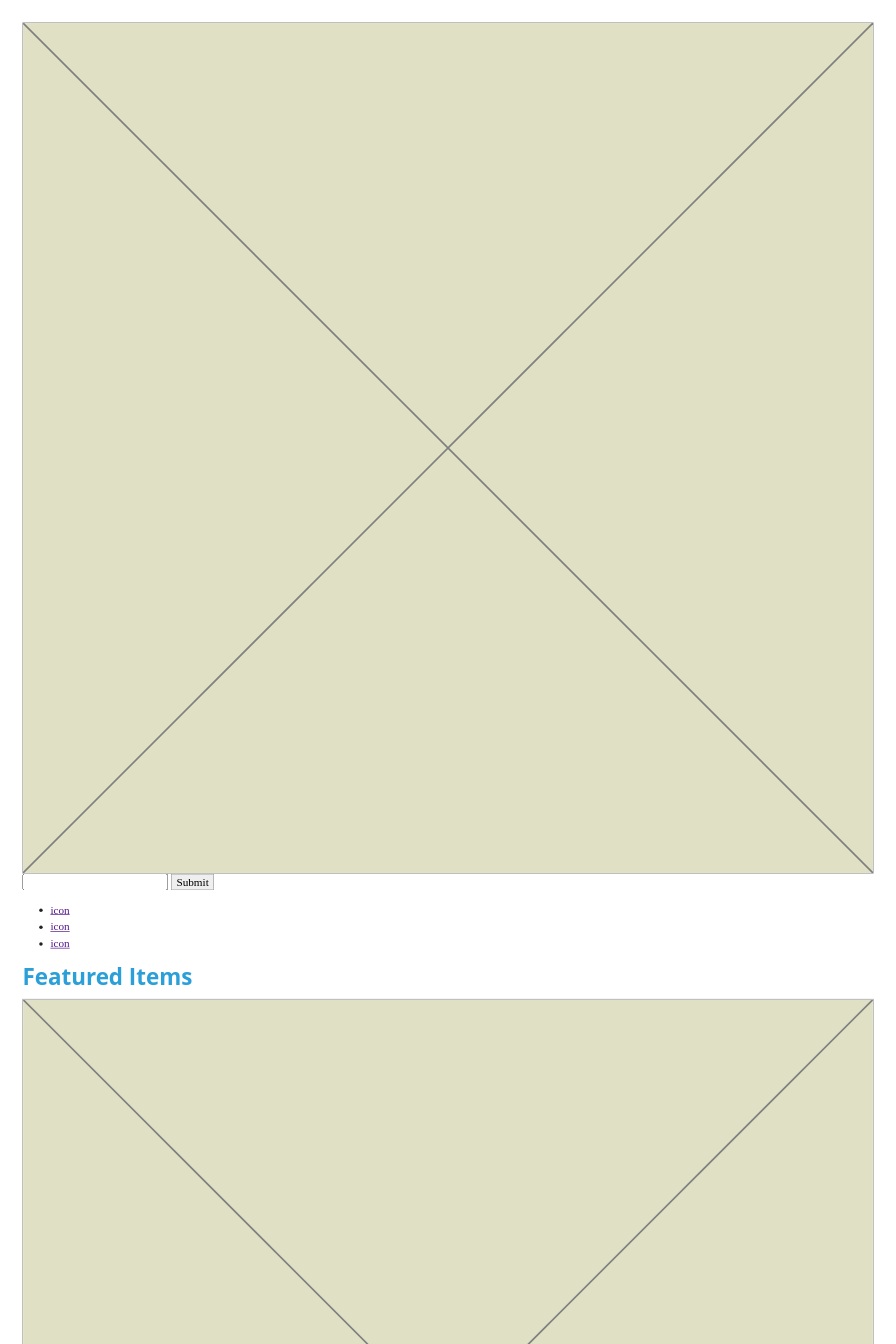
Repository: AdrianTejada/Lab03-Project-1
Page: index.html
These files come from the project's save history. The page is drawn as it stood at one moment and after the next save; the edit follows.
The browser window is 1280 px wide. The pictures show the part of the page from y = 0 to 1920 px (the page is 18641 px tall before and 17745 px after), at 70% of full size.

Above is the page before, as saved 2021-01-26 16:50:44.

After the next save:
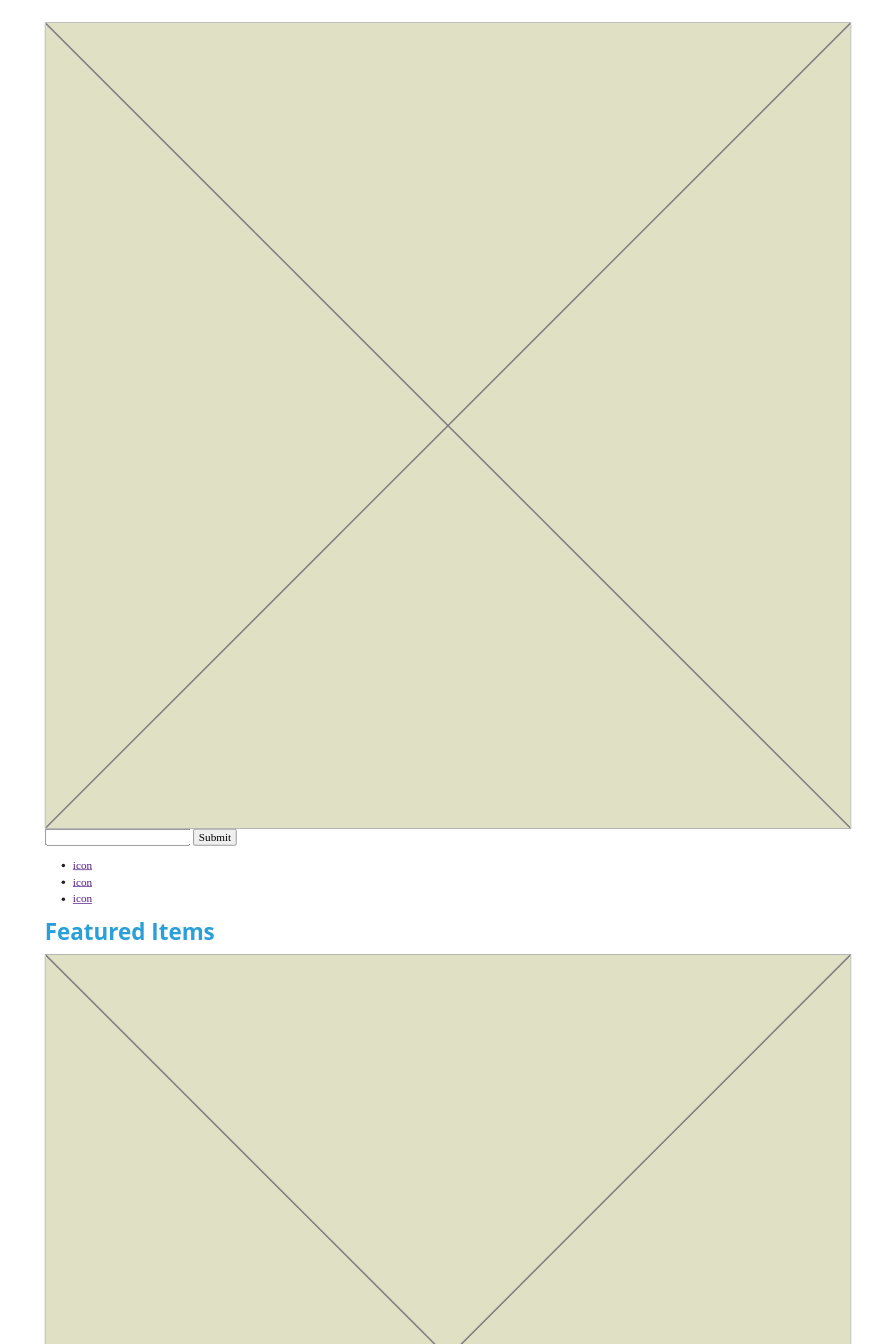
Saved 61 s later.
--- a/css/main.css
+++ b/css/main.css
@@ -7,6 +7,7 @@
         1.3 Core Styling
     2. LAYOUT
         2.1 Core Layout
+        2.1 Medium Screens and Up
     3. MODULES
     4. STATES
     5. UTILITIES
@@ -111,6 +112,11 @@
     }
 
 /* 2.2 medium screens and up */
+@media screen and (min-width: 40em) {
+    html {
+        margin: 0 2rem;
+    }
+}
 
 /* ==========================================================================
    3. MODULES
